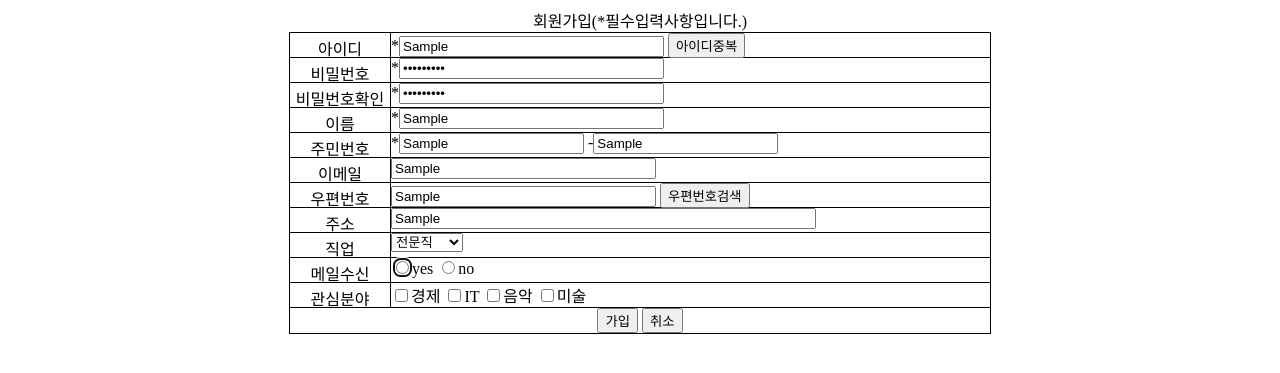
Repository: kms2413/project
Page: http://localhost/homepage/member/register.jsp
The author's editor kept a copy of each file at every save. The page is drawn from the files as they stood at one save, then again after the next save.
The browser window is 1280 px wide. The pictures show the whole page.
Empty fields were first filled with sample values (such as "Sample", 5 or name@example.com).
After loading, the first visible `form.border_doc` was submitted once.
The page is served by Tomcat 9. Other server files are loaded and not shown.

Above is the page before, as saved 2014-09-15 05:18:28.

### homepage/WebContent/member/register.jsp
<%@ page language="java" contentType="text/html; charset=EUC-KR"
    pageEncoding="EUC-KR"%>
<!DOCTYPE html PUBLIC "-//W3C//DTD HTML 4.01 Transitional//EN" "http://www.w3.org/TR/html4/loose.dtd">
<html>
   <head>
      <meta http-equiv="Content-Type" content="text/html; charset=EUC-KR">
      <title>회원가입</title>
      <script type="text/javascript" src="script.js"></script>
      <link rel="stylesheet" type="text/css" href="style.css"/>
   </head>
   <body>
      <div align="center">
         <div>회원가입(*필수입력사항입니다.)</div>
         <form class=border_doc name="memberForm" action="registerOk.jsp" method="post" onsubmit="return registerForm(this)">
            <div class=border_div>
               <div class=border_box_left>아이디</div>
               <div class=border_box_right>
                  <span>*<input type="text" name="id"  size="30"/></span>
                  <span><input type="button" value="아이디중복" onclick="idCheck(memberForm)"></span>
               </div>
            </div>

            <div class=border_div>
               <div class=border_box_left>비밀번호</div>
               <div class=border_box_right>
                  <span>*<input type="password" name="password"  size="30"/></span>
               </div>
            </div>

            <div class=border_div>
               <div class=border_box_left>비밀번호확인</div>
               <div class=border_box_right>
                  <span>*<input type="password" name="passwordCheck"  size="30"/></span>
               </div>
            </div>

            <div class=border_div>
               <div class=border_box_left>이름</div>
               <div class=border_box_right>
                  <span>*<input type="text" name="name"  size="30"/></span>
               </div>
            </div>

            <div class=border_div>
               <div class=border_box_left>주민번호</div>
               <div class=border_box_right>
                  <span>*<input type="text" name="jumin1"  size="20"/></span>
                  <span>-<input type="text" name="jumin2"  size="20"/></span>
               </div>
            </div>

            <div class=border_div>
               <div class=border_box_left>이메일</div>
               <div class=border_box_right>
                  <span><input type="text" name="email"  size="30"/></span>
               </div>
            </div>

            <div class=border_div>
               <div class=border_box_left>우편번호</div>
               <div class=border_box_right>
                  <span><input type="text" name="zipcode"  size="30"/></span>
                  <span><input type="button" value="우편번호검색" onclick = "zipcodeRead()"></span>
               </div>
            </div>

            <div class=border_div>
               <div class=border_box_left>주소</div>
               <div class=border_box_right>
                  <span><input type="text" name="address"  size="50"/></span>
               </div>
            </div>

            <div class=border_div>
               <div class=border_box_left>직업</div>
               <div class=border_box_right>
                  <span>
                     <select name="job" style="width:60;">
                        <option value="sp">전문직</option>
                        <option value="engineer">엔지니어</option>
                        <option value="constructor">건설업</option>
                        <option value="student">학생</option>
                     </select>
                  </span>
               </div>
            </div>

            <div class=border_div>
               <div class=border_box_left>메일수신</div>
               <div class=border_box_right>
                  <span><input type="radio" name="mailing" value="yes"/>yes</span>
                  <span><input type="radio" name="mailing"  value="no"/>no</span>
               </div>

               <div class=border_box_left>관심분야</div>
               <div class=border_box_right>
                  <span><input type="checkbox" name="interestValue" value="경제"/>경제</span>
                  <span><input type="checkbox" name="interestValue" value="IT"/>IT</span>
                  <span><input type="checkbox" name="interestValue" value="음악"/>음악</span>
                  <span><input type="checkbox" name="interestValue" value="미술"/>미술</span>
                  <span><input type="hidden" name="interest"/></span>
               </div>
            </div>
            <div class="border_div">
               <span><input type="submit" value="가입"></span>
               <span><input type="reset" value="취소"></span>
            </div>
         </form>
      </div>
   </body>
</html>

### homepage/WebContent/member/script.js
/**
 *
 */

function registerForm(form) {
  /*
	//alert("OK");
   //id
   if (form.id.value == "") {
      alert("아이디를 작성하세요.");
      form.id.focus();
      return false;
   }
   //password
   if (form.password.value==""){
      alert("비밀번호를 작성하세요.");
      form.password.focus();
      return false;
   }
   if (form.password.value.length < 6) {
      alert("패스워드는 6글자 이상입니다.");
      form.password.focus();
      return false;
   }
   if (form.password.value != form.passwordCheck.value) {
      alert("패스워드가 일치하지않습니다.");
      form.passwordCheck.focus();
      return false;
   }
   //name
   if (form.name.value.length == "") {
      alert("이름을 정확히 입력하세요.");
      form.name.focus();
      return false;
   }
   //jumin
   if(form.jumin1.value.length != 6) {
      alert("주민번호 앞자리를 정확히 입력하세요.");
      form.jumin1.focus();
      return false;
   }
   if (form.jumin2.value.length != 7) {
      alert("주민번호 뒷자리를 정확히 입력하세요.");
      form.jumin2.focus();
      return false;
   }
   //email
   if (form.email.value.length == "") {
      alert("email 주소를 정확히 입력하세요.");
      form.email.focus();
      return false;
   }
   //zipcode
   if (form.zipcode.value.length == "") {
      alert("우편번호를 정확히 입력하세요.");
      form.zipcode.focus();
      return false;
   }
   //address
   if (form.address.value.length == "") {
      alert("주소를 정확히 입력하세요.");
      form.address.focus();
      return false;
   }
   //job
   if (form.job.value.length == "") {
      alert("직업을 선택하세요.");
      form.job.focus();
      return false;
   }

   */

   var test = false;
   for (var i = 0; i < form.mailing.length; i++) {
      if (form.mailing[i].checked == true) test = true;
   }
   if (test == false) {
      alert("메일 여부를 선택하세요.");
      form.mailing[0].focus();
      return false;
   }

   var check = false;
   var str="";
   for (var i = 0; i < form.interestValue.length;i++) {
      if (form.interestValue[i].checked == true) {
         str += form.interestValue[i].value + ",";
         check = true;
      }
   }

   if (check == false) {
      alert("하나이상 체크해주세요.");
      form.interestValue[0].focus();
      return false;
   }

   form.interest.value = str;
}

function idCheck(memberForm) {
	if(memberForm.id.value==""){
		alert("Type Id");
		memberForm.id.focus();
		return false;
	}

	var url = "idCheck.jsp?id="  + memberForm.id.value;
	open(url, "", "width=250, height = 150");
}

function zipcodeRead(){
//	alert("OK");
   var url="zipcode.jsp";
   window.open(url, "", "width=400, height=400, scrollbars=yes");
}

function sendAddress( zipcode, sido, gugun, dong, ri, bunji){
	var address = sido + gugun + dong + ri + bunji;

	opener.memberForm.zipcode.value =zipcode;
	opener.memberForm.address.value = address;
	self.close();
}

### homepage/WebContent/member/style.css
@CHARSET "EUC-KR";
.border_doc{
   width:700px;
   height:300px;
   border:solid 1px black;
}

.border_div{
   width:700px;
   height:25px;
   border:solid 0px green;
   margin:0px;
}

.border_box_left{
   width:100px;
   height:21px;
   text-align:center;
   border:solid 1px black;
   float:left;
   border-top-width:0px;
   border-right-width:0px;
   border-bottom-width:1px;
   border-left-width:0px;
   padding-top:3px;
}

.border_box_right{
   width:599px;
   height:24px;
   border:solid 1px black;
   float:right;
   border-top-width:0px;
   border-right-width:0px;
   border-bottom-width:1px;
   border-left-width:1px;
   text-align:left;
}

After the next save:
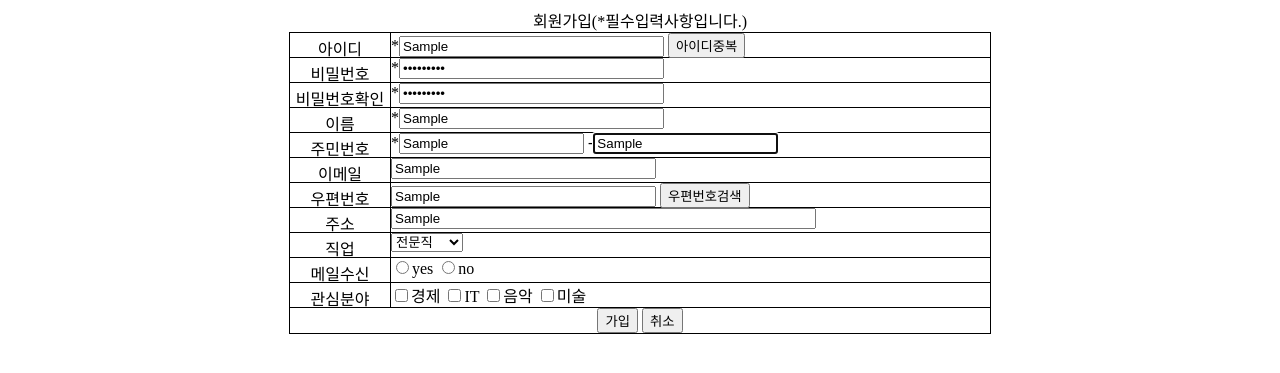
Saved 4 min 27 s later.
--- a/homepage/WebContent/member/script.js
+++ b/homepage/WebContent/member/script.js
@@ -3,8 +3,7 @@
  */
 
 function registerForm(form) {
-  /*
-	//alert("OK");
+   //alert("OK");
    //id
    if (form.id.value == "") {
       alert("아이디를 작성하세요.");
@@ -69,8 +68,6 @@ function registerForm(form) {
       return false;
    }
 
-   */
-
    var test = false;
    for (var i = 0; i < form.mailing.length; i++) {
       if (form.mailing[i].checked == true) test = true;
@@ -99,27 +96,29 @@ function registerForm(form) {
    form.interest.value = str;
 }
 
-function idCheck(memberForm) {
-	if(memberForm.id.value==""){
-		alert("Type Id");
-		memberForm.id.focus();
-		return false;
-	}
+function checkExistId(form) {
+   //alert(form.id.value);
+   if (memberForm.id.value=="") {
+      memberForm.id.focus();
+      return false;
+   }
 
-	var url = "idCheck.jsp?id="  + memberForm.id.value;
-	open(url, "", "width=250, height = 150");
+   var url="idCheck.jsp?id=" + memberForm.id.value;
+   //alert(url);
+   window.open(url, "", "width=250, height=150");
 }
 
-function zipcodeRead(){
-//	alert("OK");
+function zipcodeRead() {
+   //alert("OK");
    var url="zipcode.jsp";
    window.open(url, "", "width=400, height=400, scrollbars=yes");
 }
 
-function sendAddress( zipcode, sido, gugun, dong, ri, bunji){
-	var address = sido + gugun + dong + ri + bunji;
+function sendAddress(zipcode, sido, gugun, dong, ri, bunji) {
+   var address=sido+gugun+dong+ri+bunji;
+   //alert(zipcode+","+address);
 
-	opener.memberForm.zipcode.value =zipcode;
-	opener.memberForm.address.value = address;
-	self.close();
+   opener.memberForm.zipcode.value=zipcode;
+   opener.memberForm.address.value=address;
+   self.close();
 }
